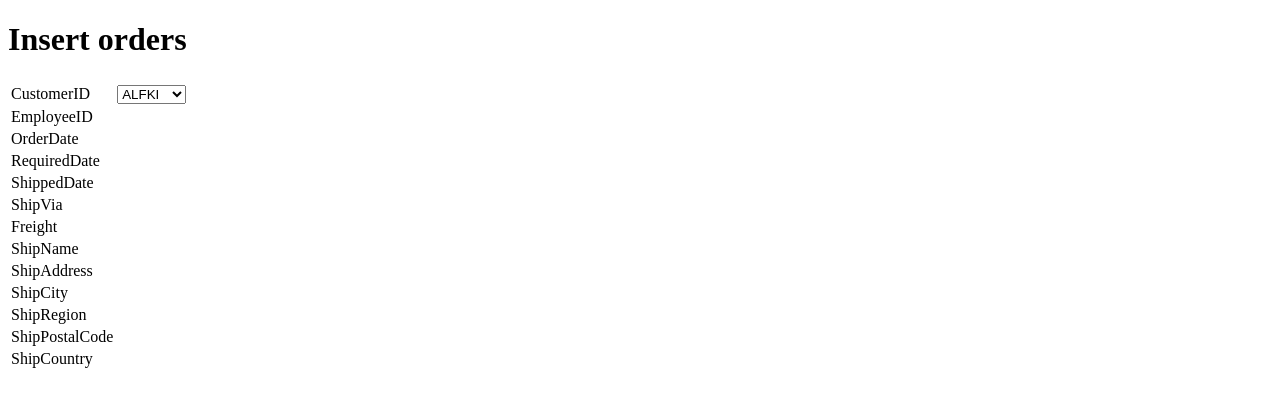
Repository: kaza1509/PRJ301
Page: SE1613/web/addOrder.html
These files come from the project's save history. The page is drawn as it stood at one moment and after the next save; the edit follows.
The browser window is 1280 px wide. The pictures show the whole page.

Above is the page before, as saved 2022-01-21 01:40:19.

After the next save:
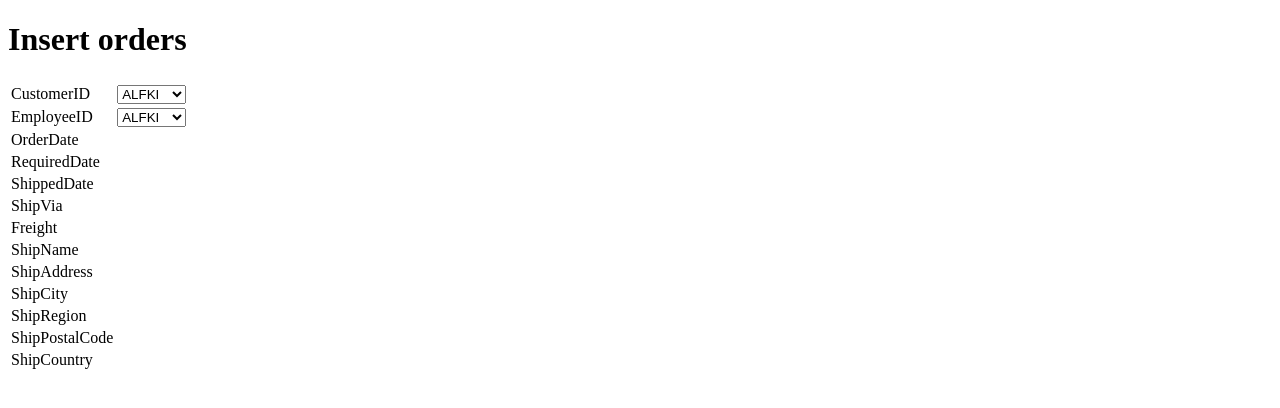
Saved 55 s later.
--- a/SE1613/web/addOrder.html
+++ b/SE1613/web/addOrder.html
@@ -25,7 +25,14 @@
                 </tr>
                 <tr>
                     <td>EmployeeID</td>
-                    <td></td>
+                    <td>
+                        <select name="CustomerId">
+                            <option value="ALFKI">ALFKI</option>
+                            <option value="ANATR">ANATR</option>
+                            <option value="ANTON">ANTON</option>
+                            <option value="AROUT">AROUT</option>
+                        </select>
+                    </td>
                 </tr>
                 <tr>
                     <td>OrderDate</td>
